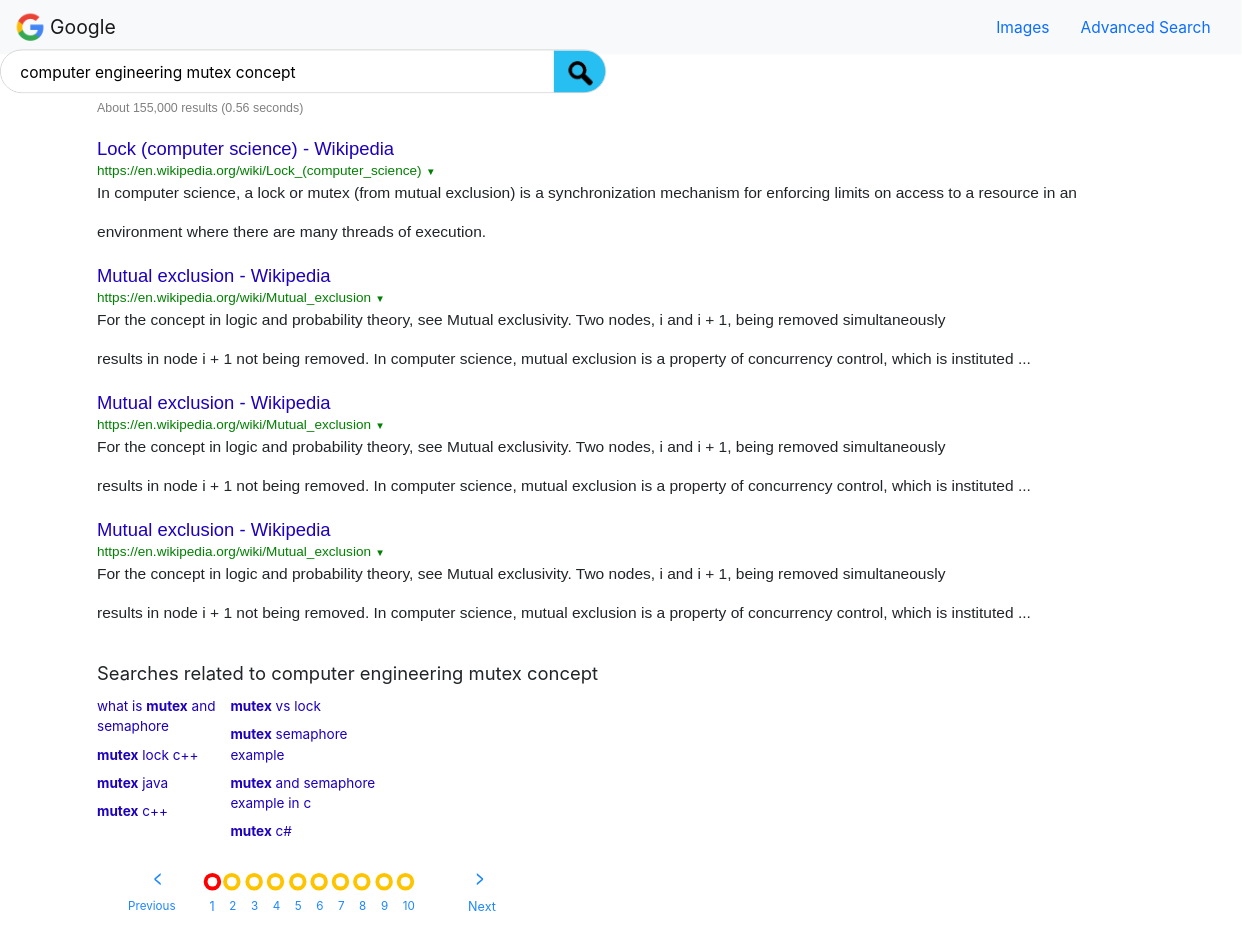
Repository: hego-team/hego-frontend
Page: /search
An editor plug-in stored every save of this project. The page is shown before and after the next save, followed by the edit.
The browser window is 1280 px wide. The pictures show the whole page, at 97% of full size.
The project was rebuilt for these pictures with package versions that can differ from the ones it lists, and the page was loaded fresh each time.

Above is the page before, as saved 2022-05-15 02:39:44.

### index.html
<!DOCTYPE html>
<html>
  <head>
    <meta charset="utf-8">
    <link rel ="shortcut icon" type="image/x-icon" href="static/google_icon.ico">
    <title>hego-frontend</title>
  </head>
  <body>
    <div id="app"></div>
    <!-- built files will be auto injected -->
  </body>
</html>

### src/main.js
// The Vue build version to load with the `import` command
// (runtime-only or standalone) has been set in webpack.base.conf with an alias.
import Vue from 'vue'
import App from './App'
import router from './router'
import axios from 'axios'
axios.defaults.baseURL = 'http://localhost:8443/api'

Vue.prototype.$axios = axios
Vue.config.productionTip = false

/* eslint-disable no-new */
new Vue({
  el: '#app',
  router,
  components: { App },
  template: '<App/>'
})

### src/router/index.js
import Vue from 'vue'
import Router from 'vue-router'
import SearchEngine from '@/components/SearchEngine'
import SearchResult from '@/components/SearchResult'

Vue.use(Router)

export default new Router({
  mode: "history",
  routes: [
    {
      path: '/home',
      name: 'searchEngine',
      component: SearchEngine
    },
    {
      path: '/search',
      name: 'SearchResult',
      component: SearchResult
    }
  ]
})

### src/components/SearchEngine.vue
<template>

  <div id="searchEngine">
    <NavMenu></NavMenu>
    <div class="search">
      <a href="#" >
          <img class="center" src="../assets/img/googlelogo_color.png" alt="Google-Logo" id="big-logo">
      </a>

      <div class="form-group" style="margin-top: 15px;">
        <input type="text center" class="form-control col-6" id="q" name="q" placeholder="Search" v-model="query">
      </div>
      <div class="form-group center padding">
          <button type="submit" class="btn btn-primary" id="google-button" v-on:click="submit">Google Search</button>
      </div>
    </div>
  </div>
</template>

<script>
import NavMenu from "./NavMenu.vue"
export default {
    name: "SearchEngine",
    components: { NavMenu },
    data() {
        return {
            query: "",
            resp: []
        };
    },
    methods: {
        submit() {
          this.$router.replace({ path: '/search' });
            /**
            var _this = this;
            var query = this.query;
            var url = "search/" + query;
            this.$axios.get(url).then(resp => {
                if (successResponse.data.code == 200) {
                    this.$router.replace({ path: url });
                }
            });
            */
        }
    }
}
</script>

<!-- Add "scoped" attribute to limit CSS to this component only -->
<style scoped>
@import "../styles/search.css";
@import "https://cdn.jsdelivr.net/npm/bootstrap@5.1.3/dist/css/bootstrap.min.css";
@import "https://stackpath.bootstrapcdn.com/bootstrap/4.5.0/css/bootstrap.min.css";
</style>

### src/components/SearchResult.vue
<template>
  <div id="SearchResult">
    <NavMenu></NavMenu>

    <div id="searchbar" type="text">
      <input id="searchbartext" type="text" value="computer engineering mutex concept" />
      <button id="searchbarbutton">
        <img src="../assets/img/searchicon.png">
      </button>

    </div>

    <div id="searchresultsarea">
        <p id="searchresultsnumber">About 155,000 results (0.56 seconds) </p>
        <div class="searchresult">
            <h2>Lock (computer science) - Wikipedia</h2>
            <a>https://en.wikipedia.org/wiki/Lock_(computer_science)</a> <button>▼</button>
            <p>In computer science, a lock or mutex (from mutual exclusion) is a synchronization mechanism for enforcing limits on access to a resource in an</p>
            <p> environment where there are many threads of execution.</p>
        </div>

        <div class="searchresult">
            <h2>Mutual exclusion - Wikipedia</h2>
            <a>https://en.wikipedia.org/wiki/Mutual_exclusion</a> <button>▼</button>
            <p>For the concept in logic and probability theory, see Mutual exclusivity. Two nodes, i and i + 1, being removed simultaneously</p>
            <p>results in node i + 1 not being removed. In computer science, mutual exclusion is a property of concurrency control, which is instituted ...</p>
        </div>

        <div class="searchresult">
            <h2>Mutual exclusion - Wikipedia</h2>
            <a>https://en.wikipedia.org/wiki/Mutual_exclusion</a> <button>▼</button>
            <p>For the concept in logic and probability theory, see Mutual exclusivity. Two nodes, i and i + 1, being removed simultaneously</p>
            <p>results in node i + 1 not being removed. In computer science, mutual exclusion is a property of concurrency control, which is instituted ...</p>
        </div>

        <div class="searchresult">
            <h2>Mutual exclusion - Wikipedia</h2>
            <a>https://en.wikipedia.org/wiki/Mutual_exclusion</a> <button>▼</button>
            <p>For the concept in logic and probability theory, see Mutual exclusivity. Two nodes, i and i + 1, being removed simultaneously</p>
            <p>results in node i + 1 not being removed. In computer science, mutual exclusion is a property of concurrency control, which is instituted ...</p>
        </div>
    </div>

    <div class="relatedsearches">
      <h3>Searches related to computer engineering mutex concept</h3>
      <div class="relatedlists">
          <ul class="relatedleft">
              <li>what is <b>mutex</b> and semaphore</li>
              <li><b>mutex</b> lock c++</li>
              <li><b>mutex</b> java</li>
              <li><b>mutex</b> c++</li>
          </ul>
          <ul class="relatedright">
              <li><b>mutex</b> vs lock</li>
              <li><b>mutex</b> semaphore example</li>
              <li><b>mutex</b> and semaphore example in c</li>
              <li><b>mutex</b> c#</li>
          </ul>
      </div>

    </div>

    <div class="pagebar">
      <ul class="pagelist">
          <li class="pagelistprevious">Previous</li>
          <li class="pagelistfirst">1</li>
          <li class="pagelistnumber">2</li>
          <li class="pagelistnumber">3</li>
          <li class="pagelistnumber">4</li>
          <li class="pagelistnumber">5</li>
          <li class="pagelistnumber">6</li>
          <li class="pagelistnumber">7</li>
          <li class="pagelistnumber">8</li>
          <li class="pagelistnumber">9</li>
          <li class="pagelistnumber">10</li>
          <li class="pagelistnext">Next</li>
      </ul>
    </div>



  </div>
</template>

<script>
import NavMenu from "./NavMenu.vue"
export default {
  name: "SearchResult",
  components: {NavMenu}

}
</script>

<style scoped>
@import "../styles/result.css"
</style>

### src/styles/search.css
.search {
  display: block;
  margin: auto;
  margin-top: 10%; }

.as_search {
  margin: auto;
  padding: auto; }

.title {
  color: #d93025;
  font-size: 20px;
  margin-top: 20px;
  margin-left: 20px; }

.overlap {
  position: relative; }

.logo-subtext {
  color: #4285f4;
  font: 16px/16px roboto-regular, arial, sans-serif;
  white-space: nowrap;
  position: absolute;
  margin-left: 60%; }

.center {
  display: block;
  margin-left: auto;
  margin-right: auto;
  width: 50%; }

.padding {
  padding-left: 35px; }

#big-logo {
  width: 300px; }

#google-button {
  background-color: #f2f2f2;
  color: rgba(0, 0, 0, 0.473);
  border: none;
  position: center; }


#q {
  border-radius: 50px;
  margin: auto;
  padding-left: 20px; }

### src/components/NavMenu.vue
<template>
    <div id="searchEngine">
        <nav class="navbar navbar-light bg-light">
            <a class="navbar-brand" href="search.html">
                <img src="../assets/img/google-logo.png" width="30" height="30" class="d-inline-block align-top" alt="" loading="lazy">
                Google
            </a>
            <ul class="nav justify-content-end">
                <li class="nav-item">
                <a class="nav-link" href="images_search.html">Images</a>
                </li>
                <li class="nav-item">
                <a class="nav-link" href="adv_search.html">Advanced Search</a>
                </li>
            </ul>
        </nav>
    </div>
</template>

<script>
  export default {
    name: 'NavMenu'
  }
</script>

<style scoped>
@import "../styles/search.css";
@import "https://cdn.jsdelivr.net/npm/bootstrap@5.1.3/dist/css/bootstrap.min.css";
@import "https://stackpath.bootstrapcdn.com/bootstrap/4.5.0/css/bootstrap.min.css";
</style>

### src/styles/result.css
#searchbarbutton {
  height: 45px;
  width: 55px;
  position: relative;
  margin-right: -2px;
  background-color: rgba(6, 181, 239, 0.868);
}

#searchbarbutton svg {
  height: 25px;
  width: 35px;
  position: relative;
  left: -3px;
}

#searchbarbutton svg path {
  fill: white;
}

#searchbar {
  width: 625px;
  height: 45px;
  border-radius: 100px;
  border-color: lightgray;
  border-style: solid;
  border-width: 1px;
  font-size: 16px;
  position: relative;
  bottom: 5px;
  overflow: hidden;
  display: flex;
  z-index: 100;
}

#searchbar:hover {
  box-shadow: 0px 2px 5px rgba(0, 0, 0, 0.1);
}

#searchbar > input {
  height: 45px;
  border-style: none;
  font-size: 16px;
  line-height: 45px;
  padding-left: 20px;
  flex: 1;
}

#searchbar > input:focus {
  outline: none;
}

#searchbar button {
  border: none;
  cursor: pointer;
}

#searchbar button:focus {
  outline: none;
}

#searchresultsarea {
  margin-left: 100px;
  font-family: "Arial";
}

#searchresultsnumber {
  font-size: 0.8rem;
  color: gray;
}

.searchresult h2 {
  font-size: 19px;
  line-height: 18px;
  font-weight: normal;
  color: rgb(29, 1, 189);
  margin-bottom: 0px;
  margin-top: 25px;
}

.searchresult a {
  font-size: 14px;
  line-height: 14px;
  color: green;
  margin-bottom: 0px;
}

.searchresult button {
  font-size: 10px;
  line-height: 14px;
  color: green;
  margin-bottom: 0px;
  padding: 0px;
  border-width: 0px;
  background-color: white;
}

.relatedsearches h3 {
  font-weight: normal;
  font-size: 19px;
  margin-top: 40px;
  margin-bottom: 10px;
  margin-left: 100px;
}

.relatedlists ul {
  list-style: none;
  color: rgb(29, 1, 189);
  padding-left: 0px;
  font-size: 14px;
  margin-bottom: 50px;

}

.relatedlists {
  display: flex;
  flex-direction: row;
  justify-content: space-between;
  width: 300px;
  margin-left: 100px;
}

.relatedlists ul li {
  margin-bottom: 8px;
}

.pagelist {
  list-style: none;
  color: rgb(29, 135, 255);
  display: flex;
  flex-direction: row;
  font-size: 12px;
  margin-bottom: 30px;
  margin-left: 100px;
}

.pagelistprevious::before {
  content: "<";
  display: block;
  position: absolute;
  right: 12px;
  top: -35px;
  color: rgb(29, 135, 255);
  font-size: 20px;
  transform: scale(0.7, 1.2);
}

.pagelistprevious::after {
  content: "";
  display: block;
  position: absolute;
  right: -40px;
  top: -35px;
  width: 40px;
  height: 40px;
  background-repeat: no-repeat;
  background-size: 28px;
}

.pagelistfirst {
  margin-left: 20px;
  font-size: 13px;
}

.pagelistnumber::before,
.pagelistfirst::before {
  content: "";
  display: block;
  position: absolute;
  left: -2px;
  top: -21px;
  border-radius: 50px;
  width: 10px;
  height: 10px;
  background-color: white;
  z-index: 3;
}

.pagelistnumber::after {
  content: "";
  display: block;
  position: absolute;
  left: -6px;
  top: -25px;
  border-radius: 50px;
  width: 18px;
  height: 18px;
  background-color: rgb(255, 196, 0);
  z-index: 2;
}

.pagelistfirst::after {
  content: "";
  display: block;
  position: absolute;
  left: -6px;
  top: -25px;
  border-radius: 50px;
  width: 18px;
  height: 18px;
  background-color: red;
  z-index: 2;
}

.pagelist li {
  margin-right: 15px;
  position: relative;
}

.pagelistnext {
  margin-left: 40px;
  font-size: 13px;
}

.pagelistnext::before {
  content: ">";
  display: block;
  position: absolute;
  left: 5px;
  top: -35px;
  color: rgb(29, 135, 255);
  font-size: 20px;
  transform: scale(0.7, 1.2);
}

.pagelistnext::after {
  content: "";
  display: block;
  position: absolute;
  left: -55px;
  top: -37px;
  width: 50px;
  height: 50px;
  background-repeat: no-repeat;
  background-size: 48px;
}

Loaded but not shown: src/App.vue (common file)

After the next save:
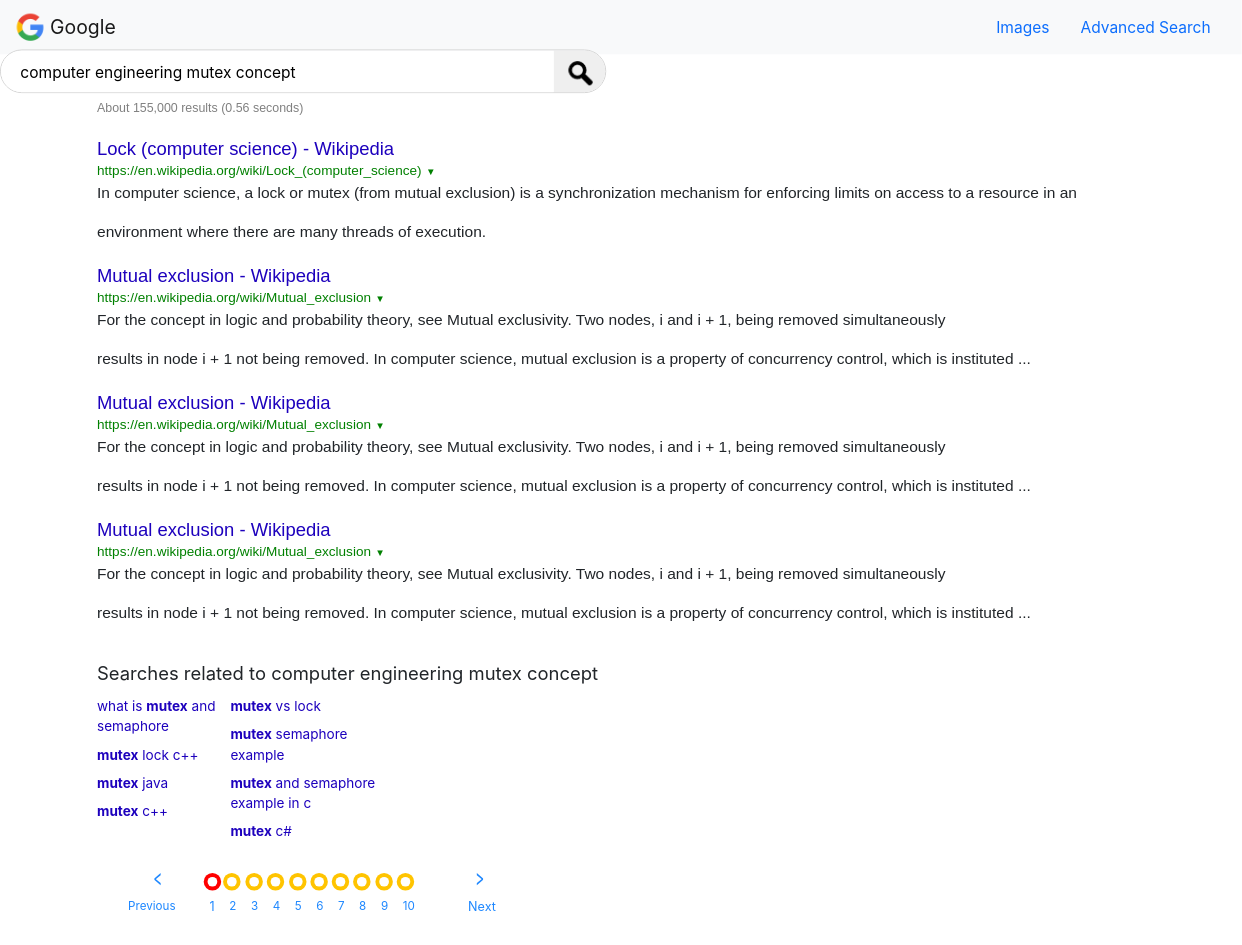
Saved 12 s later.
--- a/src/styles/result.css
+++ b/src/styles/result.css
@@ -3,7 +3,7 @@
   width: 55px;
   position: relative;
   margin-right: -2px;
-  background-color: rgba(6, 181, 239, 0.868);
+  background-color: white(6, 181, 239, 0.868);
 }
 
 #searchbarbutton svg {
